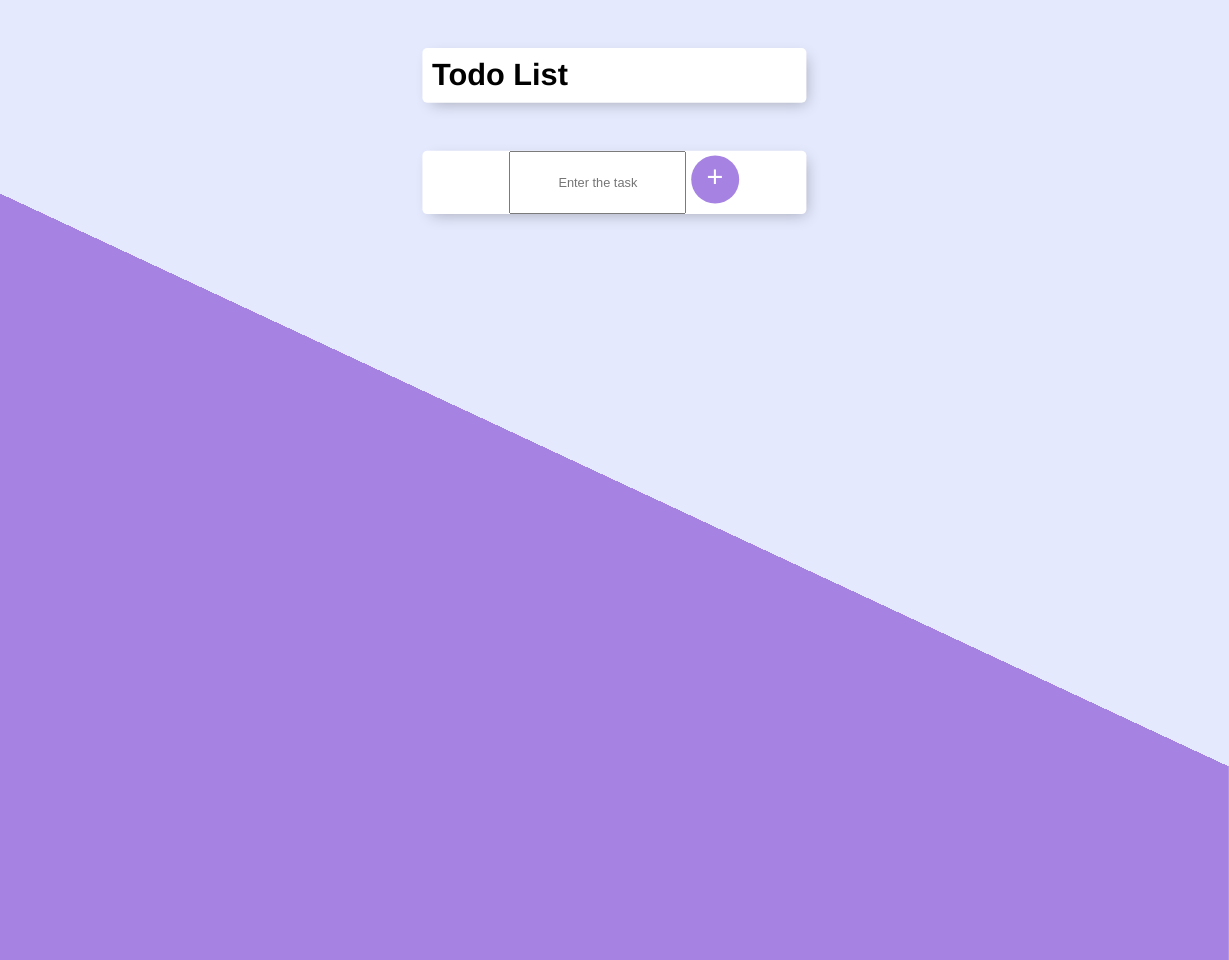
Repository: rupeshkofficial/Todo-List-Ver2
Page: http://localhost/
The author's editor kept a copy of each file at every save. The page is drawn from the files as they stood at one save, then again after a run of saves.
The browser window is 1280 px wide. The pictures show the whole page, at 96% of full size.
The page is served by the project's Node server (app.js).

Above is the page before, as saved 2023-02-23 16:21:31.

### views/list.ejs
<!DOCTYPE html>
<html>

<head>
    <title> Todo List</title>
    <link rel="stylesheet" href="css/style.css">
</head>

<body>
    <div class="box">
        <h1>Todo List</h1>
    </div>
    <div class="box">

        <% for( var i=0; i < ejes.length; i++){ %>
            <div class="item">
                <input type="checkbox">
                <p>
                    <%= ejes[i] %>
                </p>
            </div>


            <% } %>

                <form action="/" , method="POST">
                    <input type="text" name="ele1" placeholder="Enter the task">
                    <button type="submit">+</button>

                </form>
    </div>
</body>

</html>

### app.js
const express = require("express");
const bodyParser = require("body-parser");

var app = express();
app.set("view engine", "ejs");
app.use(express.static('public'));
app.use(express.urlencoded({ extended: true }));
var items = [];

var example = "working";
app.get("/", function (req, res) {
    res.render("list", { ejes: items });
});

app.post("/", function (req, res) {
    var item  = req.body.ele1;
    items.push(item);
    res.redirect("/");

    // console.log(req.body.ele1);
});

app.listen(8000, function () {
    console.log("Server started");
});

### public/css/style.css
html{
    background-color: #E4E9FD;
    background-image: -webkit-linear-gradient(65deg, #A683E3 50%, #E4E9FD 50%);
    min-height: 1000px;
    font-family: 'helvetica neue';
}

h1{
    color: #000;
    padding: 10px;
}

.box{
    max-width: 400px;
    margin: 50px auto;
    background: white;
    border-radius: 5px;
    box-shadow: 5px 5px 15px -5px rgba(0,0,0,0.3);
}

#heading{
    background-color: #A683E3;
    text-align: center;
}

.item{
    min-height: 70px;
    display: flex;
    align-items: center;
    border-bottom: 1px solid #F1F1F1;
}

.item:last-child{
    border-bottom:0;
}

input:checked+p{
    text-decoration: line-through;
    text-decoration-color: #A683E3;
}

input[type="checkbox"]{
    margin: 20px;
}

p{
    margin:0;
    padding: 20px;
    font-size: 20px;
    font-weight: 200;
    color:#00204a;

}

form{
    text-align: center;
    margin-left: 20px;
}

button{
    min-height: 50px;
    width: 50px;
    border-radius: 50%;
    border-color: transparent;
    background-color:#A683E3;
    color:#fff;
    font-size: 30px;
    padding-bottom: 6px;
    border-width: 0;
}

input[type="text"]{
    text-align: center;
    height: 60px;
    top
}

After the next 12 saves:
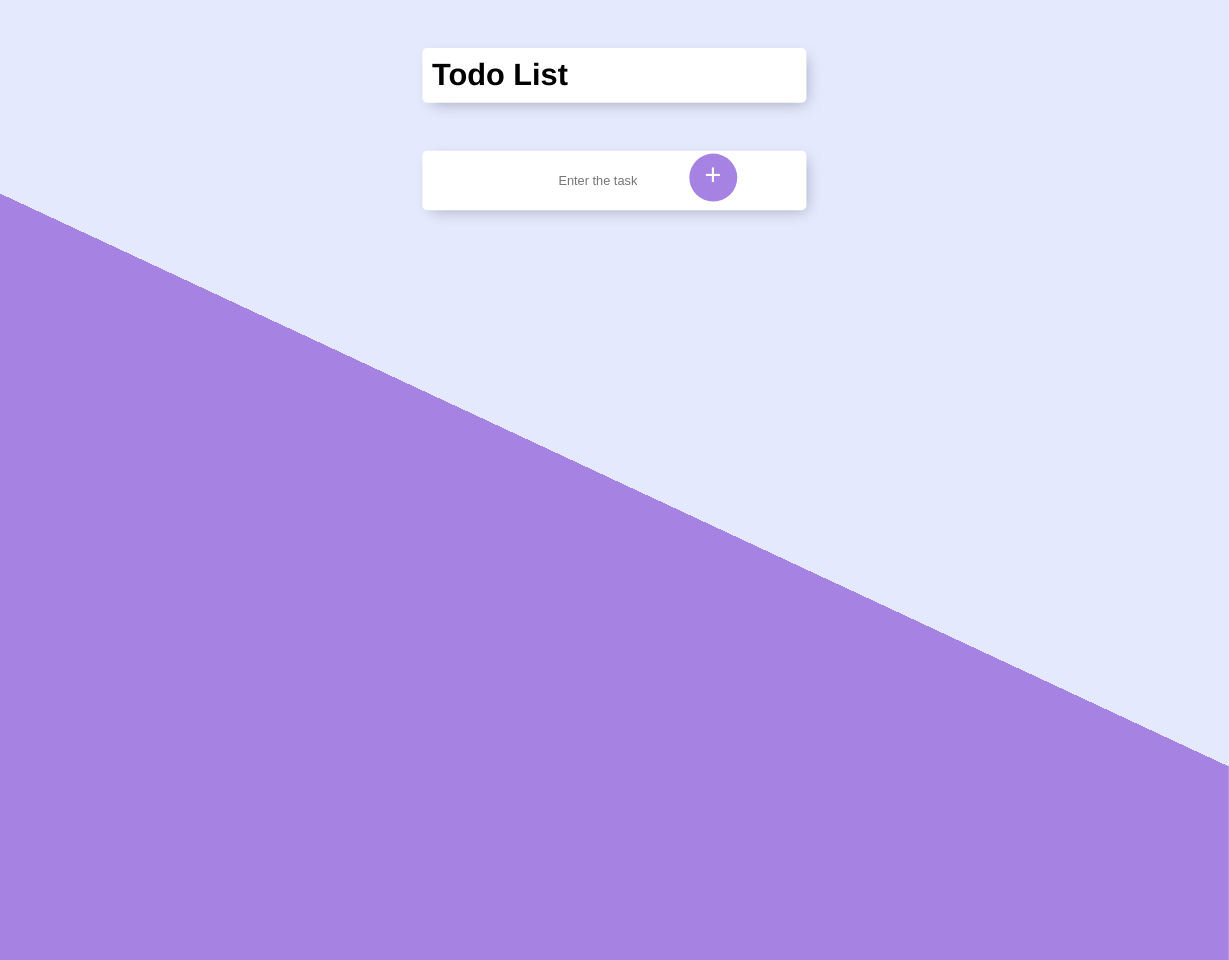
The 12 saves are shown as one change because they came seconds apart.
The last was saved 29 s later.
--- a/public/css/style.css
+++ b/public/css/style.css
@@ -72,5 +72,8 @@ button{
 input[type="text"]{
     text-align: center;
     height: 60px;
-    top
+    top:10px;
+    border: none;
+    background:transparent;
+
 }
